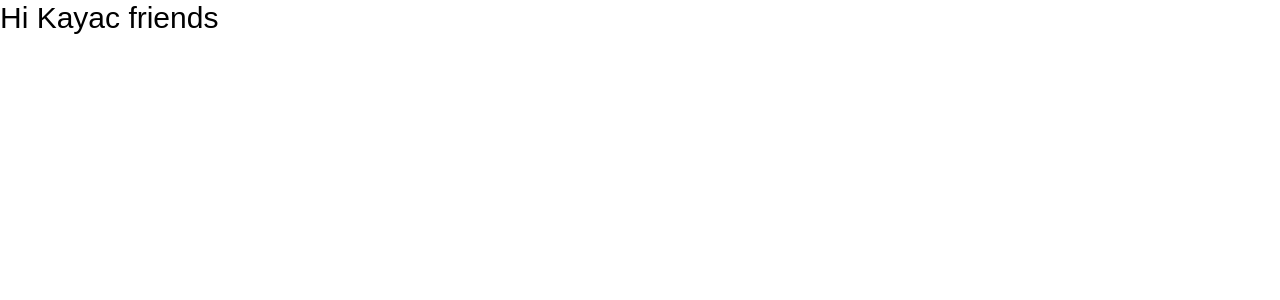
Repository: kentnathaniel/kayac-presentation
Page: /
An editor plug-in stored every save of this project. The page is shown before and after the next save, followed by the edit.
The browser window is 1280 px wide. The pictures show the whole page.
Some web fonts or font styles are not loaded; a fallback is used. The project was rebuilt for these pictures with package versions that can differ from the ones it lists, and the page was loaded fresh each time. Also part of the build but not shown: vite.config.ts.

Above is the page before, as saved 2024-09-14 08:48:25.

After the next save:
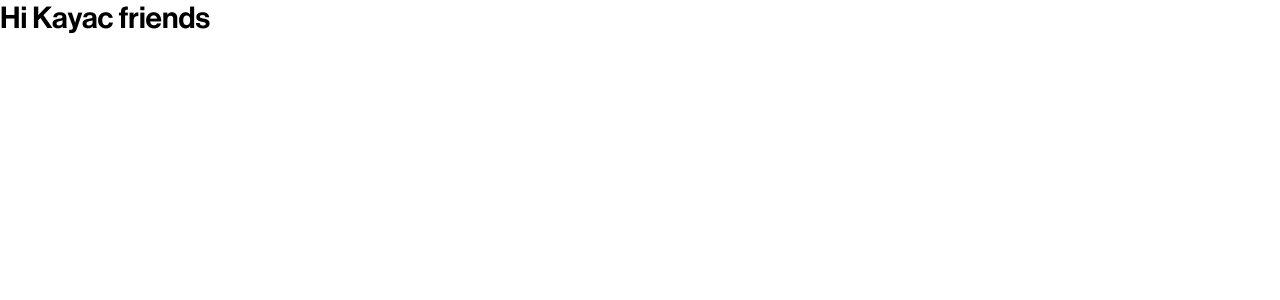
Saved 37 s later.
--- a/src/index.css
+++ b/src/index.css
@@ -4,28 +4,28 @@
 
 @font-face {
   font-family: "Neue-Haas-Grotesk";
-  src: url("./assets/fonts/NeueHaasGroteskMedium.ttf") format("truetype");
+  src: url("./assets/fonts/NeueHaasDisplayMedium.ttf") format("truetype");
   font-weight: normal;
   font-style: normal;
 }
 
 @font-face {
   font-family: "Neue-Haas-Grotesk";
-  src: url("./assets/fonts/NeueHaasGroteskMediumItalic.ttf") format("truetype");
+  src: url("./assets/fonts/NeueHaasDisplayMediumItalic.ttf") format("truetype");
   font-weight: normal;
   font-style: italic;
 }
 
 @font-face {
   font-family: "Neue-Haas-Grotesk";
-  src: url("./assets/fonts/NeueHaasGroteskBold.ttf") format("truetype");
+  src: url("./assets/fonts/NeueHaasDisplayBold.ttf") format("truetype");
   font-weight: bold;
   font-style: normal;
 }
 
 @font-face {
   font-family: "Neue-Haas-Grotesk";
-  src: url("./assets/fonts/NeueHaasGroteskBoldItalic.ttf") format("truetype");
+  src: url("./assets/fonts/NeueHaasDisplayBoldItalic.ttf") format("truetype");
   font-weight: bold;
   font-style: italic;
 }
